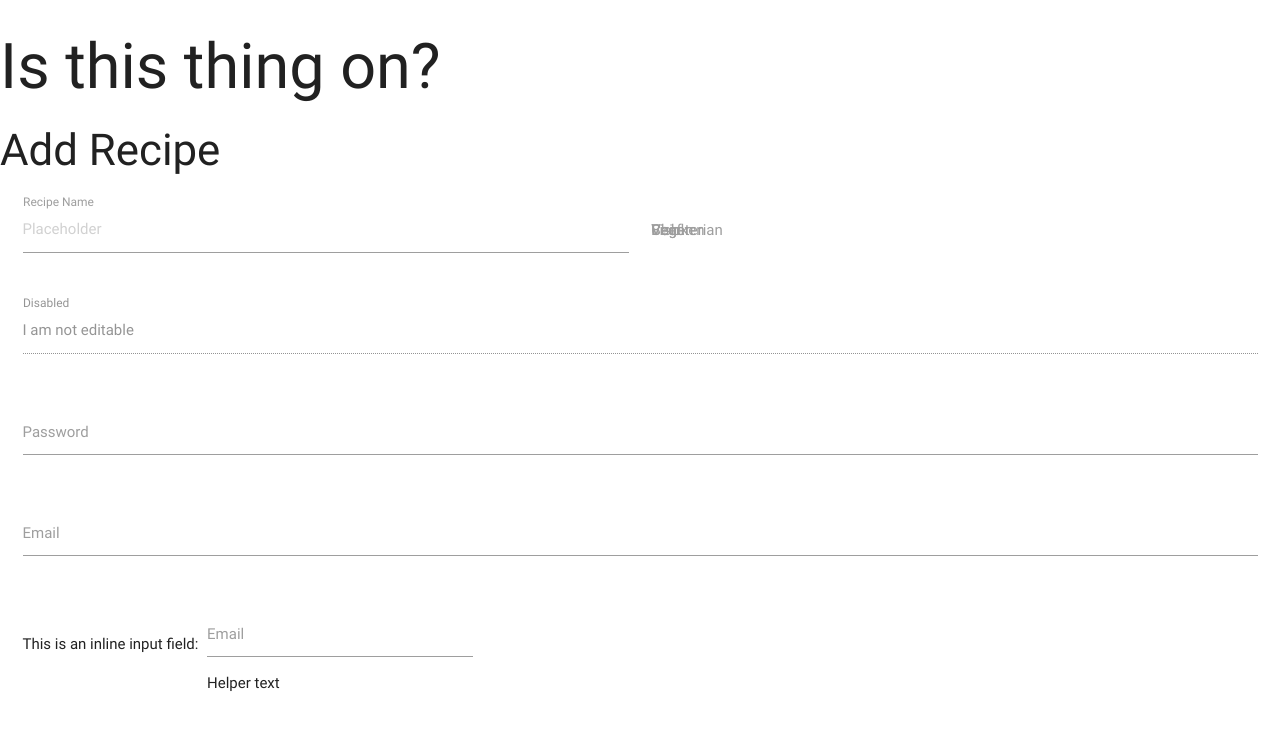
Repository: callendera/MilestoneProject3
Page: http://localhost/
The author's editor kept a record of every edit. The page is drawn from the files as they stood at one moment, then again after the next edit.
The browser window is 1280 px wide. The pictures show the whole page.
The page is served by the project's application, run on Flask 3 (recipe.py). Queries for data that is not in the repository find no rows.

Above is the page before.

After the next edit:
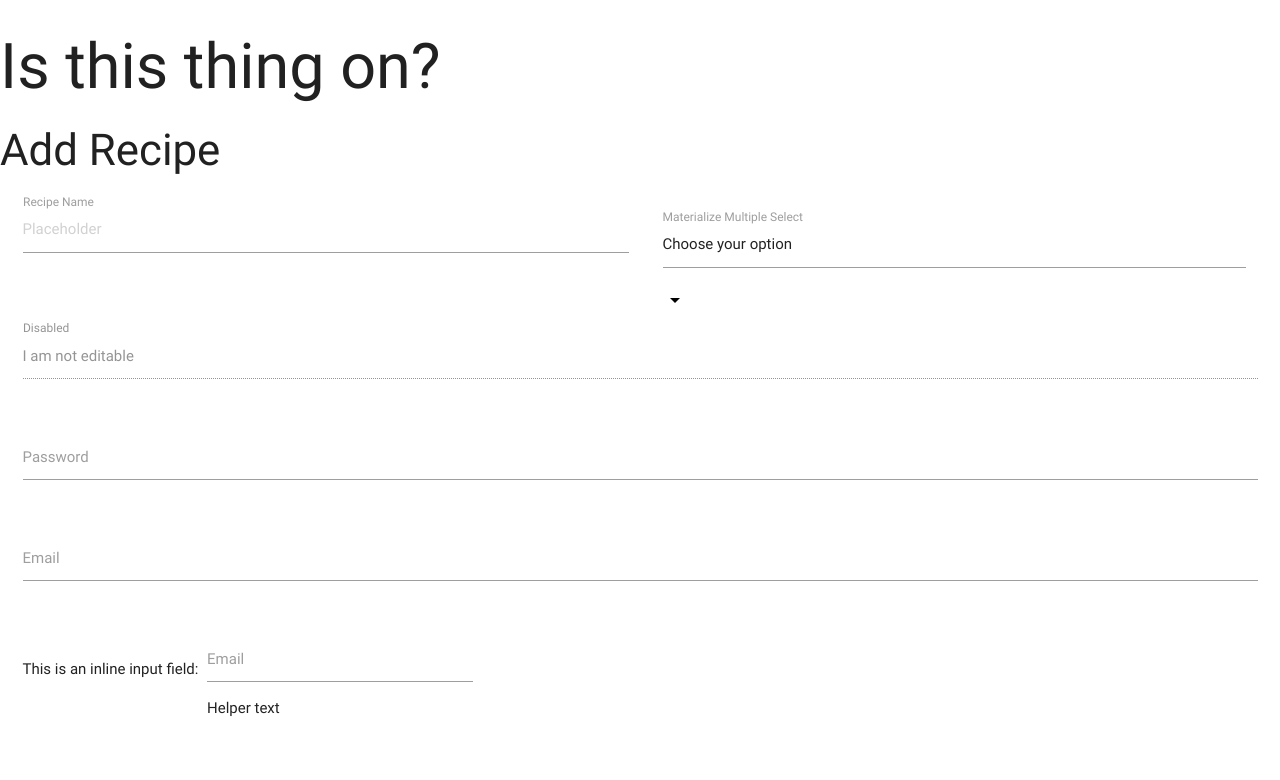
The edit:
--- a/templates/addrecipes.html
+++ b/templates/addrecipes.html
@@ -1,74 +1,53 @@
 {% extends 'base.html' %} {% block content %}
 
 <h3>Add Recipe</h3>
- <div class="row">
+<div class="row">
     <form class="col s12">
-      <div class="row">
-        <div class="input-field col s6">
-          <input placeholder="Placeholder" id="recipe_name" type="text" class="validate">
-          <label for="recipe_name">Recipe Name</label>
+        <div class="row">
+            <div class="input-field col s6">
+                <input placeholder="Placeholder" id="recipe_name" type="text" class="validate">
+                <label for="recipe_name">Recipe Name</label>
+            </div>
+            <div class="input-field col s6">
+                <div class="input-field col s12">
+    <select multiple>
+      <option value="" disabled selected>Choose your option</option>
+      <option value="1">Option 1</option>
+      <option value="2">Option 2</option>
+      <option value="3">Option 3</option>
+    </select>
+    <label>Materialize Multiple Select</label>
+
+            </div>
         </div>
-        <div class="input-field col s6">
-          <p>
-      <label>
-        <input name="group1" type="radio" />
-        <span>Vegeterian</span>
-      </label>
-    </p>
-    <p>
-      <label>
-        <input name="group1" type="radio" />
-        <span>Chicken</span>
-      </label>
-    </p>
-    <p>
-      <label>
-        <input name="group1" type="radio"  />
-        <span>Vegan</span>
-      </label>
-    </p>
-    <p>
-      <label>
-        <input name="group1" type="radio" />
-        <span>Fish</span>
-      </label>
-    </p>
-    <p>
-      <label>
-        <input name="group1" type="radio" />
-        <span>Beef</span>
-      </label>
-    </p>
+        <div class="row">
+            <div class="input-field col s12">
+                <input disabled value="I am not editable" id="disabled" type="text" class="validate">
+                <label for="disabled">Disabled</label>
+            </div>
         </div>
-      </div>
-      <div class="row">
-        <div class="input-field col s12">
-          <input disabled value="I am not editable" id="disabled" type="text" class="validate">
-          <label for="disabled">Disabled</label>
+        <div class="row">
+            <div class="input-field col s12">
+                <input id="password" type="password" class="validate">
+                <label for="password">Password</label>
+            </div>
         </div>
-      </div>
-      <div class="row">
-        <div class="input-field col s12">
-          <input id="password" type="password" class="validate">
-          <label for="password">Password</label>
+        <div class="row">
+            <div class="input-field col s12">
+                <input id="email" type="email" class="validate">
+                <label for="email">Email</label>
+            </div>
         </div>
-      </div>
-      <div class="row">
-        <div class="input-field col s12">
-          <input id="email" type="email" class="validate">
-          <label for="email">Email</label>
+        <div class="row">
+            <div class="col s12">
+                This is an inline input field:
+                <div class="input-field inline">
+                    <input id="email_inline" type="email" class="validate">
+                    <label for="email_inline">Email</label>
+                    <span class="helper-text" data-error="wrong" data-success="right">Helper text</span>
+                </div>
+            </div>
         </div>
-      </div>
-      <div class="row">
-        <div class="col s12">
-          This is an inline input field:
-          <div class="input-field inline">
-            <input id="email_inline" type="email" class="validate">
-            <label for="email_inline">Email</label>
-            <span class="helper-text" data-error="wrong" data-success="right">Helper text</span>
-          </div>
-        </div>
-      </div>
     </form>
-  </div>
+</div>
 {% endblock %}
